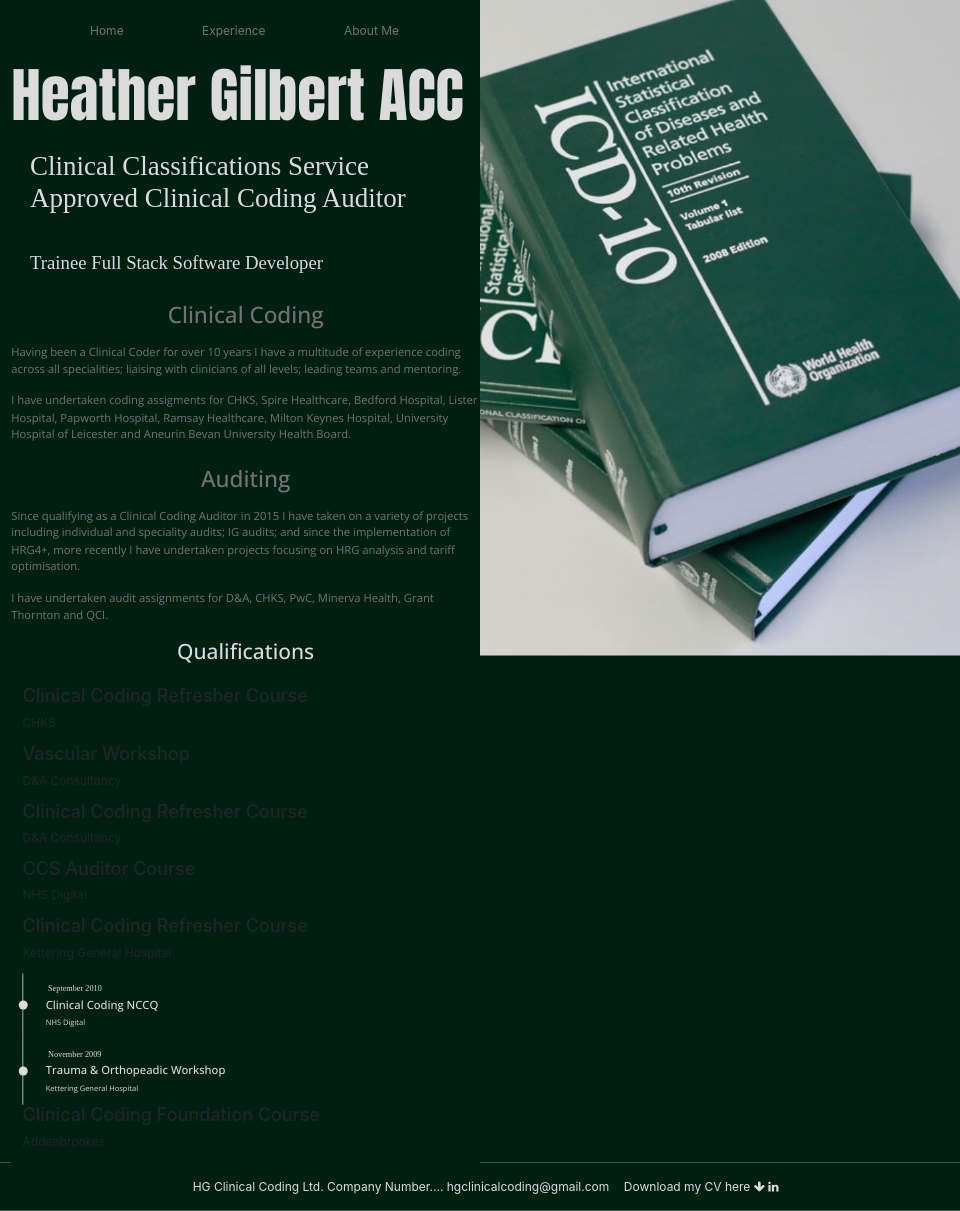
Repository: Code-Institute-Submissions/fsd-ms-project1-resume
Page: resume.html
The author's editor kept a record of every edit. The page is drawn from the files as they stood at one moment, then again after the next edit.
The browser window is 1280 px wide. The pictures show the whole page, at 75% of full size.
Some web fonts or font styles are not loaded; a fallback is used.

Above is the page before.

### resume.html
<!DOCTYPE html>
<html lang="en">

<head>
    <meta charset="UTF-8">
    <meta name="viewport" content="width=device-width, initial-scale=1.0">
    <meta http-equiv="X-UA-Compatible" content="ie=edge">
    <link rel="stylesheet" href="https://stackpath.bootstrapcdn.com/bootstrap/4.3.1/css/bootstrap.min.css" type="text/css" />
    <link rel="stylesheet" href="https://stackpath.bootstrapcdn.com/font-awesome/4.7.0/css/font-awesome.min.css" type="text/css" />
    <link rel="stylesheet" href="https://cdnjs.cloudflare.com/ajax/libs/hover.css/2.3.1/css/hover-min.css" type="text/css" />
    <link rel="stylesheet" href="assets/css/style.css" />
    <title>Heather Gilbert ACC</title>
</head>

<body>
    <img src="assets/images/icd.jpg" class="image col-md-6 bg-color no gutters" align="right"></img>
    <header>
        <nav class="col-md-6 no-gutters bg-color navbar">
            <a href="index.html" class="navbar-text">Home</a>
            <a href="resume.html" class="navbar-text">Experience</a>
            <a href="about.html" class="navbar-text">About Me</a>

        </nav>

    </header>
    <div class="col-md-6 main-name ">
        <div class="row bg-color no-gutters ">
            <div class="col heading ">
                <h1 class="name ">Heather Gilbert ACC</h1>
                <h3 class="title ">Clinical Classifications Service Approved Clinical Coding Auditor</h3>
                <h5 class="title2 ">Trainee Full Stack Software Developer</h5>
            </div>
        </div>
    </div>


    <section class="container-fluid">
        <div class="col-md-6 bg-color">
            <div class="row">
                <div>
                    <h4 class="coding-title">Clinical Coding</h4>
                    <p class="coding">
                        Having been a Clinical Coder for over 10 years I have a multitude of experience coding across all specialities; liaising with clinicians of all levels; leading teams and mentoring. </p>
                    <p class="coding">
                        I have undertaken coding assigments for CHKS, Spire Healthcare, Bedford Hospital, Lister Hospital, Papworth Hospital, Ramsay Healthcare, Milton Keynes Hospital, University Hospital of Leicester and Aneurin Bevan University Health Board.
                    </p>
                </div>
                <div>
                    <h4 class="audit-title">Auditing</h4>
                    <p class="audit">
                        Since qualifying as a Clinical Coding Auditor in 2015 I have taken on a variety of projects including individual and speciality audits; IG audits; and since the implementation of HRG4+, more recently I have undertaken projects focusing on HRG analysis
                        and tariff optimisation.</p>
                    <p class="audit">
                        I have undertaken audit assignments for D&A, CHKS, PwC, Minerva Health, Grant Thornton and QCI.
                    </p>
                </div>
            </div>
            <div class="row">
                <div class="col-md-12">
                    <div class="row">
                        <div class="col-12">
                            <h3 class="qualifications-heading">
                                Qualifications
                            </h3>
                        </div>
                    </div>
                    <div class="history-items">
                        <div class="timeline-item" data-dates="May 2019">
                            <h4>Clinical Coding Refresher Course</h4>
                            <p>CHKS</p>
                        </div>
                        <div class="timeline-item" data-dates="September 2018">
                            <h4>Vascular Workshop </h4>
                            <p>D&A Consultancy</p>
                        </div>
                        <div class="timeline-item" data-dates="April 2016">
                            <h4>Clinical Coding Refresher Course</h4>
                            <p>D&A Consultancy</p>
                        </div>
                        <div class="timeline-item" data-dates="June 2015">
                            <h4>CCS Auditor Course</h4>
                            <p>NHS Digital</p>
                        </div>
                        <div class="timeline-item" data-dates="January 2013">
                            <h4>Clinical Coding Refresher Course</h4>
                            <p>Kettering General Hospital</p>
                        </div>
                        <div class="timeline-data" data-dates="September 2010">
                            <h4>Clinical Coding NCCQ</h4>
                            <p>NHS Digital</p>
                        </div>
                        <div class="timeline-data" data-dates="November 2009">
                            <h4>Trauma & Orthopeadic Workshop</h4>
                            <p>Kettering General Hospital</p>
                        </div>
                        <div class="timeline-item" data-dates="October 2009">
                            <h4>Clinical Coding Foundation Course</h4>
                            <p>Addenbrookes</p>
                        </div>
                    </div>
                </div>
            </div>
    </section>



    <footer class="container-fluid no gutters">
        <div id="footer-details" class="row">
            <div class="col-sm-12 inline-block">
                <span class="col-sm-6">HG Clinical Coding Ltd. Company Number.... hgclinicalcoding@gmail.com</span>
                <span col-sm-6>Download my CV here</span>
                <a href="assets/CV/CV_2018.pdf" target="_blank" class="cv-pdf">
                       <i class="fa fa-arrow-down" aria-hidden="true"></i>
                       <span class="sr-only">Download link.</span>
                   </a>
                <span class="list-inline-item">
                    <a target="_blank" href="#">
                           <i class="fa fa-linkedin" aria-hidden="true"></i>
                           <span class="sr-only">LinkedIn</span>
                </a>
                </span>
                </ul>
            </div>
        </div>

    </footer>

</body>

</html>

### assets/css/style.css
@import url('https://fonts.googleapis.com/css?family=Anton:100,200,300,400,500,600,700|Enriqueta:100,200,300,400,500,600,700|Open+Sans:100,200,300,400,500,600,700|Roboto:100,200,300,400,500,600,700 &display=swap');


/*-----------------------------------------Colours*/

.bg-color {
    background-color:#001f13;
}



.image {
    padding:0;
    margin-bottom:60px;
    position:sticky;
    top:0;
}



/*-----------------------------------------Special paddings/margins/text*/


/*-----------------------------------------Header*/

.navbar {
    display:block;
    padding:20px;

}

.navbar-text {
    padding-left: 100px;
    color:#737373;
}



.name {
    font-family: 'Anton', sans-serif;
    font-size: 79px;
    margin:0;
    color:#dbdbdb;
    padding:0px;
}

.title {
    font-family: 'Enriqueta', serif;
    font-size: 36px;
    margin: 0px;
    color:#dbdbdb;
    padding:25px;
}

.title2 {
    font-family: 'Enriqueta', serif;
    font-size:25px;
    margin:0px;
    color:#dbdbdb;
    padding:25px;
}

/*-----------------------------------------Hover.css*/

a:hover {
    color:#dbdbdb;
    text-decoration: none;
}

/*-----------------------------------------Footer*/

footer {
    background-color: #001f13;
    color:#dbdbdb;
    min-height:50px;
    margin: 0;
    text-align:center;
}

.company-name {
    margin:0;
    padding:0;
}

.company-details {
    font-size:10px;
    margin:0;
    padding:0;
}

#footer-details {
    padding: 20px;
}

.fa {
    color:#dbdbdb;
}


/*-----------------------------------------Main Page Summary*/

.blurb {
    font-family: 'Open Sans', sans-serif;
    font-size:14px;
    color:#737373;
    margin:0px;
    padding:25px;
}

section {
    background-color: #001f13;
    margin: 0;
}

.main-name {
    background-color: #001f13;
    margin: 0;
}

.blurb-text {
    margin:15px;
    text-align: center;
    margin-left:25px;
}


/*-----------------------------------------Work / Education History*/

.work-section {
    text-align:center;
}


.bg-resume {
    margin:0;
    padding:0;
}

.coding-title, .audit-title {
    font-family: 'Open Sans', sans-serif;
    color:#737373;
    margin-bottom: 10px;
    margin-top: 10px;
    padding-bottom:10px;
    font-size: 30px;
    font-weight: 500;
    text-align: center;

}



.coding {
    font-family: 'Open Sans', sans-serif;
    color:#737373;
    margin-bottom: 10px;
    padding-bottom:10px;
    font-size: 15px;
}


.audit {
    font-family: 'Open Sans', sans-serif;
    color:#737373;
    margin-bottom: 10px;
    margin-top:10px;
    padding-bottom:10px;
    font-size:15px;
}

.qualifications-heading {
    color: #dbdbdb;
    margin-bottom: 30px;
    text-align: center;
    font-family: 'Open Sans', sans-serif;
    font-weight: 500;
}



/*dates of timeline*/

.timeline-data:before {
    content: attr(data-dates);
    position: absolute;
    left: 3em;
    top: 1em;
    display: block;
    font-family:'Enriqueta', serif;
    font-size: 11px;
}


/*dots on timeline*/

.timeline-data:after {
    width: 12px;
    height: 12px;
    display: block;
    top: 2.4em;
    position: absolute;
    left: -6px;
    border-radius: 12px;
    content: "";
    background: #dbdbdb;
}

/*timeline writing*/

.timeline-data {
    padding: 1.5em 2em 1em 2em;
    position: relative;
    color: #dbdbdb;
    border-left: 1.5px solid;
    font-size:15px;
}

.timeline-data p {
    padding: 0;
    margin: 0;
    font-family: 'Open Sans', sans-serif;
    font-size: 10px;
}

.timeline-data h4 {
    font-family: 'Open Sans', sans-serif;
    font-size:15px;
    margin-top:7px;
    padding-top: 2px;
}


/*-----------------------------------------About Me*/

.about-title {
    color: #737373;
    margin:0;
    padding:10px;
    font-size:20px;
    font-weight:500;
}

.about-item {
    color: #737373;
    margin:0;
    padding:5px;
    font-size:15px;
}




/*-----------------------------------------Contact Form*/


.form {
    display:inline;
    padding:0;
}

.form-control {
    display:block;
    padding-left:10px;
}


button[type="submit"] {
    margin-top: 15px;
    margin-bottom: 20px;
    background-color: #b3cccc;
    align:center;
}

.form-thanks {
    color: #737373;
    text-align: center;
}


/*-----------------------------------------Media Queries*/

@media(min-width: 992px) {
    .form {
        padding-top: 30px;
        min-height:240px;
        margin: 0 auto;
        max-width: 50%;
    }

After the next edit:
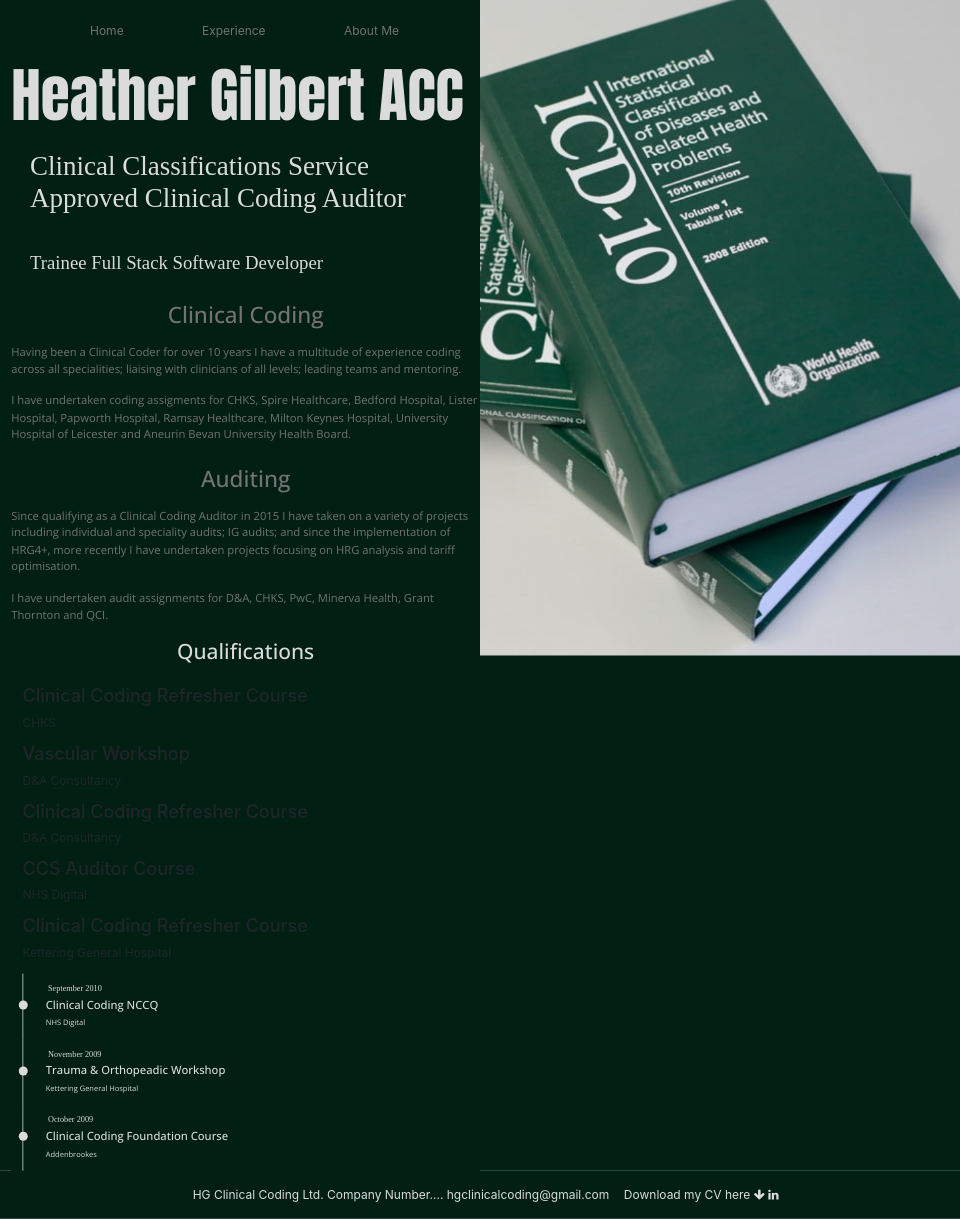
The edit:
--- a/resume.html
+++ b/resume.html
@@ -93,7 +93,7 @@
                             <h4>Trauma & Orthopeadic Workshop</h4>
                             <p>Kettering General Hospital</p>
                         </div>
-                        <div class="timeline-item" data-dates="October 2009">
+                        <div class="timeline-data" data-dates="October 2009">
                             <h4>Clinical Coding Foundation Course</h4>
                             <p>Addenbrookes</p>
                         </div>
